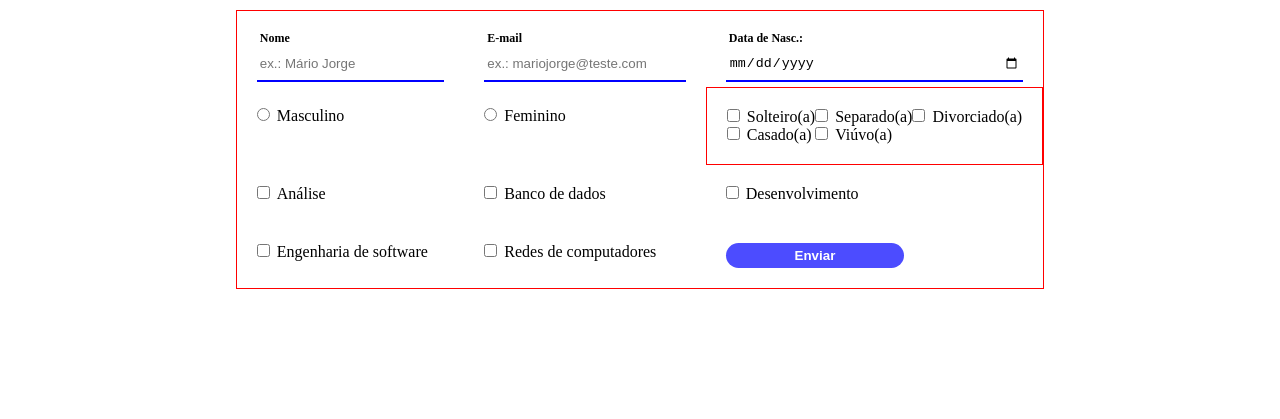
Repository: mjRibeiroTriscal/UVA_Projects
Page: Proj_A1_AVA2_2020_1/index.html
These files come from the project's save history. The page is drawn as it stood at one moment and after the next save; the edit follows.
The browser window is 1280 px wide. The pictures show the whole page.

Above is the page before, as saved 2020-03-13 11:52:06.

After the next save:
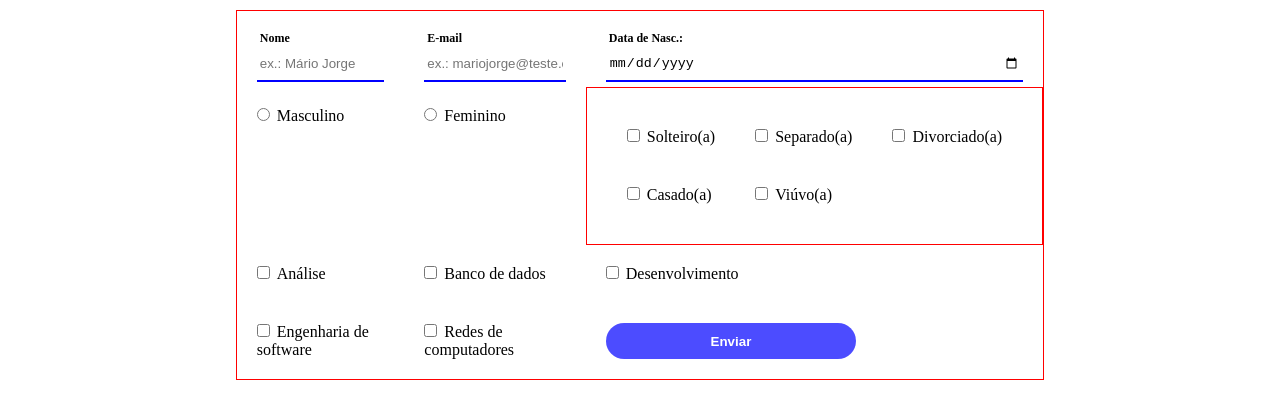
Saved 24 s later.
--- a/Proj_A1_AVA2_2020_1/index.html
+++ b/Proj_A1_AVA2_2020_1/index.html
@@ -49,23 +49,23 @@
                 </div>
 
                 <div class="gridItem gridContainer">
-                    <div>
+                    <div class="gridItem">
                         <input id="solteiro" type="checkbox" name="estCivil" />
                         <label for="solteiro">Solteiro(a)</label>
                     </div>
-                    <div>
+                    <div class="gridItem">
                         <input id="separado" type="checkbox" name="estCivil" />
                         <label for="separado">Separado(a)</label>
                     </div>
-                    <div>
+                    <div class="gridItem">
                         <input id="divorciado" type="checkbox" name="estCivil" />
                         <label for="divorciado">Divorciado(a)</label>
                     </div>
-                    <div>
+                    <div class="gridItem">
                         <input id="casado" type="checkbox" name="estCivil" />
                         <label for="casado">Casado(a)</label>
                     </div>
-                    <div>
+                    <div class="gridItem">
                         <input id="viuvo" type="checkbox" name="estCivil" />
                         <label for="viuvo">Viúvo(a)</label>
                     </div>
